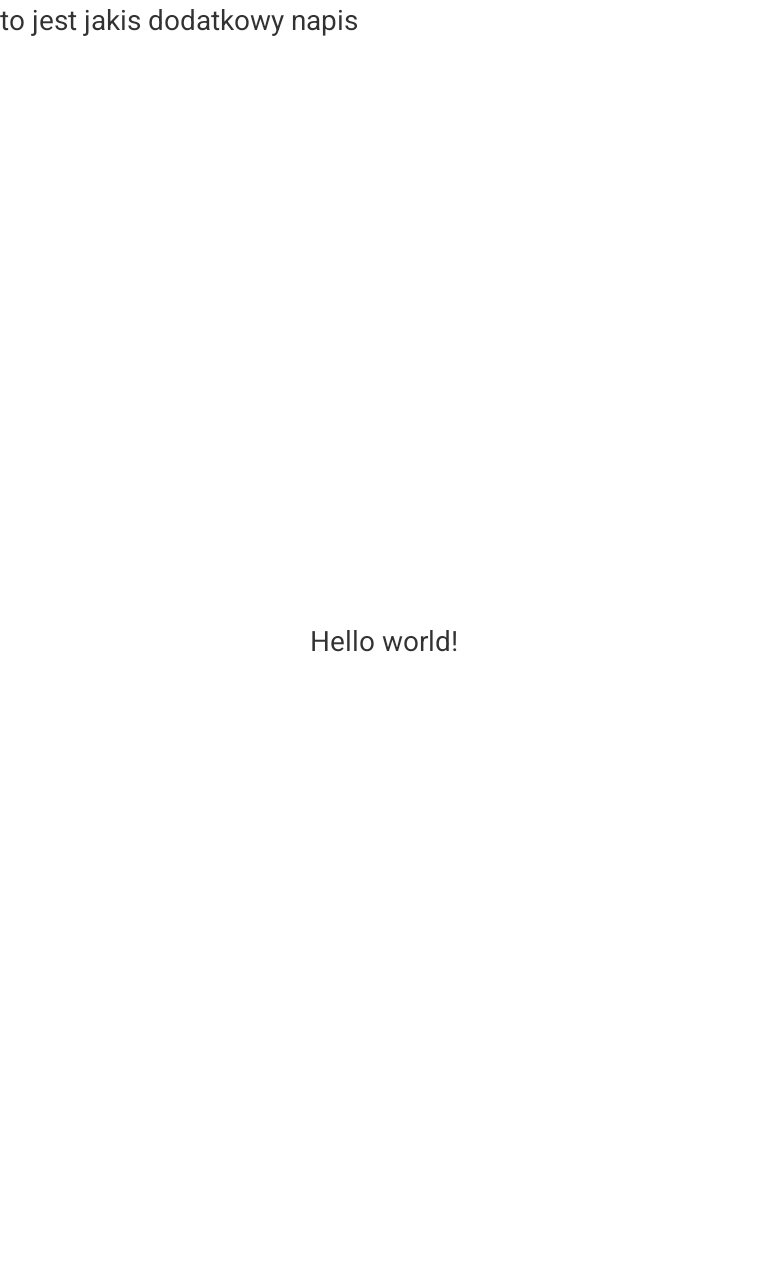
Repository: gabr/workspace
Layout: HelloWorld/res/layout/activity_main.xml
The author's editor kept a copy of each file at every save. The layout is drawn from the files as they stood at one save, then again after the next save.
It is drawn on a 768 x 1280 px phone screen (xhdpi) without system bars, with theme AppTheme; the app's code is not run.

Above is the layout before, as saved 2012-12-09 20:09:21.

After the next save:
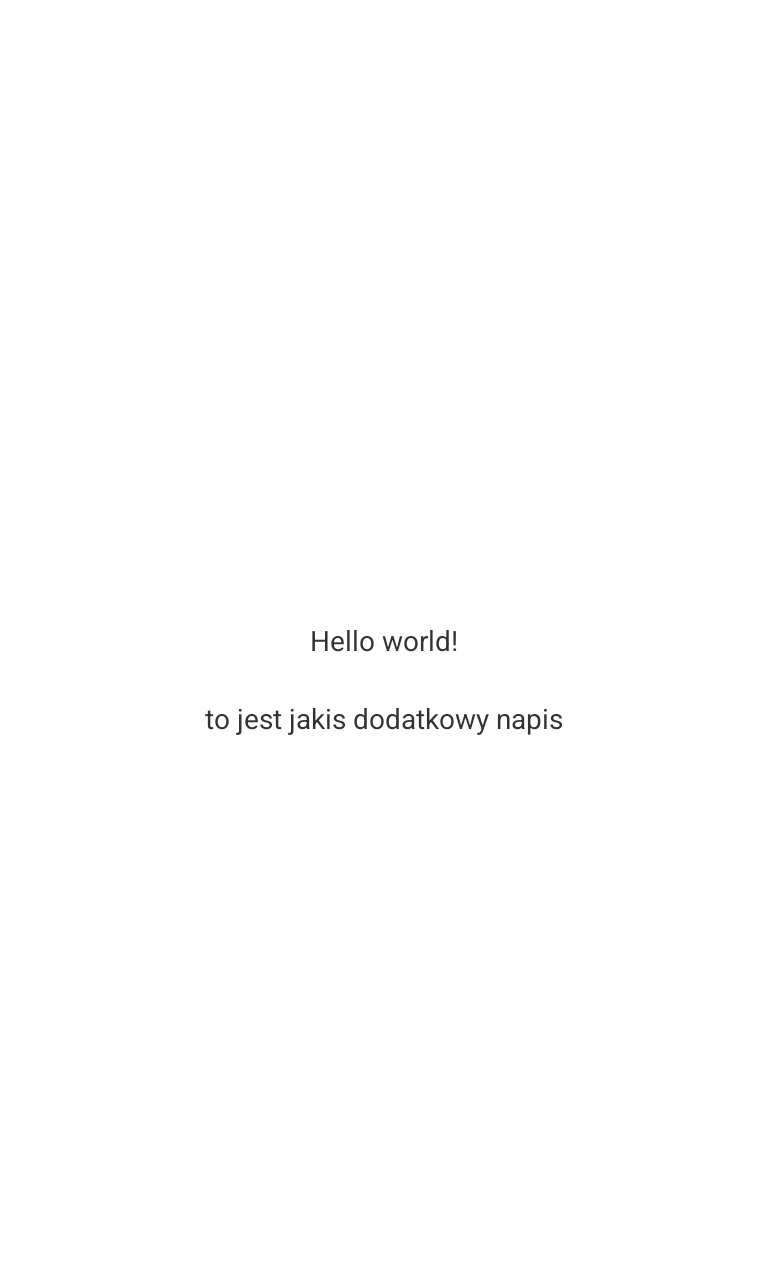
Saved 10 s later.
--- a/HelloWorld/res/layout/activity_main.xml
+++ b/HelloWorld/res/layout/activity_main.xml
@@ -5,6 +5,7 @@
     tools:context=".MainActivity" >
 
     <TextView
+        android:id="@+id/textView1"
         android:layout_width="wrap_content"
         android:layout_height="wrap_content"
         android:layout_centerHorizontal="true"
@@ -14,6 +15,9 @@
     <TextView
         android:layout_width="wrap_content"
         android:layout_height="wrap_content"
+        android:layout_below="@+id/textView1"
+        android:layout_centerHorizontal="true"
+        android:layout_marginTop="20dp"
         android:text="@string/new_string" />
 
 </RelativeLayout>
